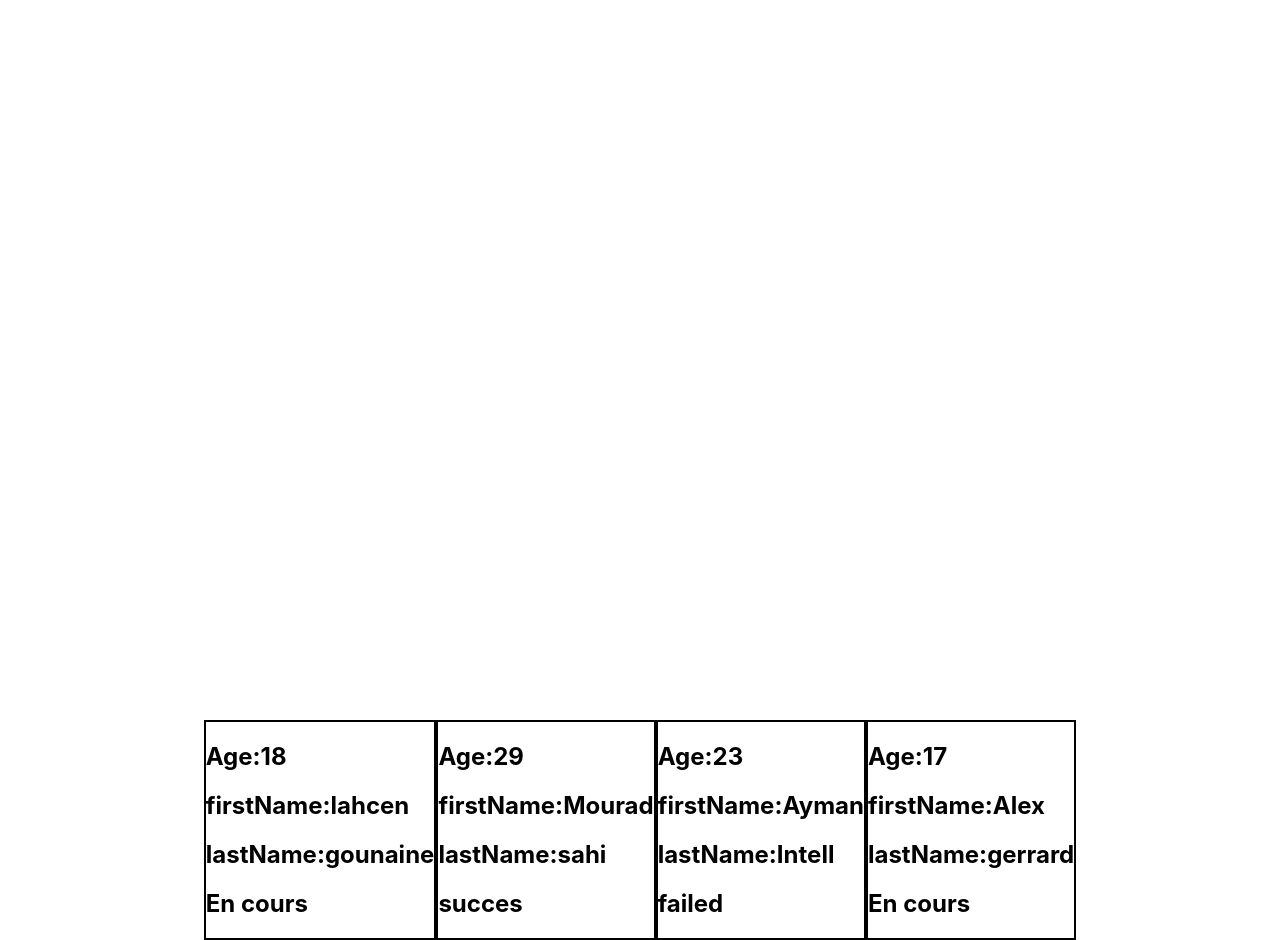
Repository: gounaine/Add_candidat
Page: /
These files come from the project's save history. The page is drawn as it stood at one moment and after the next save; the edit follows.
The browser window is 1280 px wide. The pictures show the whole page.
The project was rebuilt for these pictures with package versions that can differ from the ones it lists, and the page was loaded fresh each time.

Above is the page before, as saved 2024-05-26 19:44:09.

After the next save:
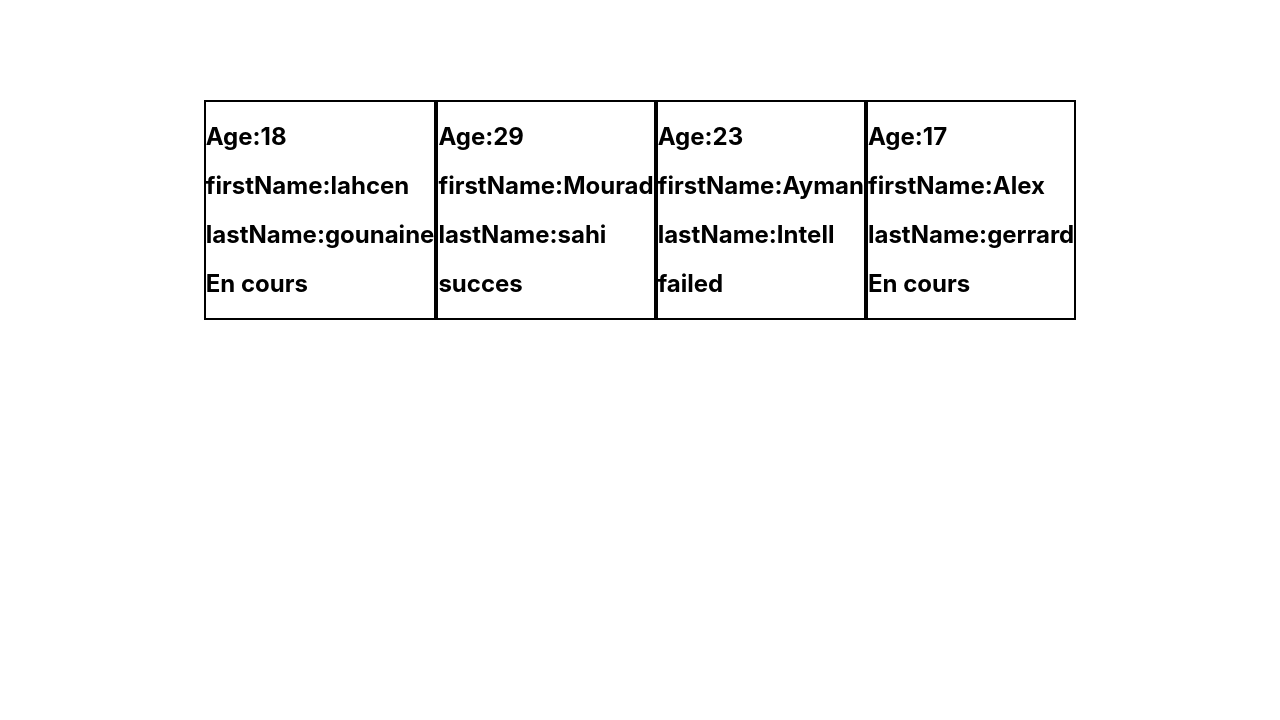
Saved 5 s later.
--- a/src/App.css
+++ b/src/App.css
@@ -49,7 +49,7 @@
   display: flex;
   justify-content: center;
   align-items:center;
-  margin-top: 100vh;
+  margin-top: 100px;
 
 
 
